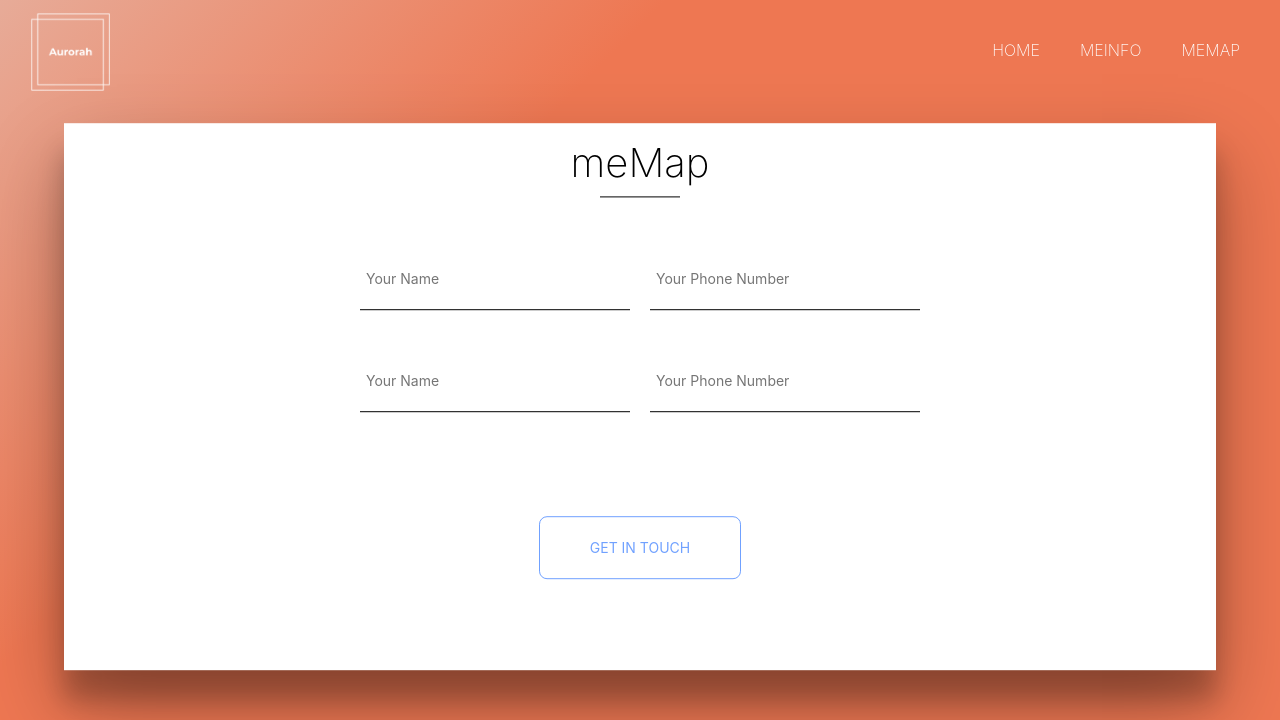
Repository: aasirvalji/saferMe
Page: /alt
The author's editor kept a copy of each file at every save. The page is drawn from the files as they stood at one save, then again after the next save.
The browser window is 1280 px wide. The pictures show the whole page.
The project was rebuilt for these pictures with package versions that can differ from the ones it lists, and the page was loaded fresh each time. Also part of the build but not shown: src/components/Landing.js, src/styles/Services.css, src/components/Services.js, src/styles/MapDisplay.css, src/mapStyles.js, src/components/MapDisplay.js, src/styles/AboutDisplay.css, src/components/AboutDisplay.js and 1 more.

Above is the page before, as saved 2020-02-15 12:55:42.

### public/index.html
<!DOCTYPE html>
<html lang="en">
  <head>
    <meta charset="utf-8" />
    <link rel="icon" href="%PUBLIC_URL%/favicon.ico" />
    <meta name="viewport" content="width=device-width, initial-scale=1" />
    <meta name="theme-color" content="#000000" />
    <meta
      name="description"
      content="Web site created using create-react-app"
    />
    <link rel="apple-touch-icon" href="%PUBLIC_URL%/logo192.png" />
    <!--
      manifest.json provides metadata used when your web app is installed on a
      user's mobile device or desktop. See https://developers.google.com/web/fundamentals/web-app-manifest/
    -->
    <link rel="manifest" href="%PUBLIC_URL%/manifest.json" />
    <!--
      Notice the use of %PUBLIC_URL% in the tags above.
      It will be replaced with the URL of the `public` folder during the build.
      Only files inside the `public` folder can be referenced from the HTML.

      Unlike "/favicon.ico" or "favicon.ico", "%PUBLIC_URL%/favicon.ico" will
      work correctly both with client-side routing and a non-root public URL.
      Learn how to configure a non-root public URL by running `npm run build`.
    -->

    <link
    rel="stylesheet"
    href="https://maxcdn.bootstrapcdn.com/bootstrap/4.3.1/css/bootstrap.min.css"
    integrity="sha384-ggOyR0iXCbMQv3Xipma34MD+dH/1fQ784/j6cY/iJTQUOhcWr7x9JvoRxT2MZw1T"
    crossorigin="anonymous"
  />

  <link rel="stylesheet" href="https://use.fontawesome.com/releases/v5.7.2/css/all.css" integrity="sha384-fnmOCqbTlWIlj8LyTjo7mOUStjsKC4pOpQbqyi7RrhN7udi9RwhKkMHpvLbHG9Sr" crossorigin="anonymous">

    <title>Aurorah</title>
  </head>
  <body>
    <noscript>You need to enable JavaScript to run this app.</noscript>
    <div id="root"></div>
    <!--
      This HTML file is a template.
      If you open it directly in the browser, you will see an empty page.

      You can add webfonts, meta tags, or analytics to this file.
      The build step will place the bundled scripts into the <body> tag.

      To begin the development, run `npm start` or `yarn start`.
      To create a production bundle, use `npm run build` or `yarn build`.
    -->
  </body>
</html>

### src/App.js
import React from 'react';
import './App.css';
import Navigate from './components/Navigate'
import Landing from './components/Landing'
import Services from './components/Services'
import MapDisplay from './components/MapDisplay'
import AltDisplay from './components/AltDisplay'
import AboutDisplay from './components/AboutDisplay'

import SampleDisplay from './components/SampleDisplay';


import {
  BrowserRouter as Router,
  Switch,
  Route,
} from "react-router-dom";

class App extends React.Component { //when working with any type of data, call it in App then pass to comp on interest

  constructor(props) {
    super(props);

  }

/* start api sample */
/*
  componentDidMount() {
    fetch("https://api.example.com/items")
      .then(res => res.json())
      .then(
        (result) => {
          this.setState({
            isLoaded: true,
            items: result.items
          });
        },
        // Note: it's important to handle errors here
        // instead of a catch() block so that we don't swallow
        // exceptions from actual bugs in components.
        (error) => {
          this.setState({
            isLoaded: true,
            error
          });
        }
      )
  }
  */
/* end api sample */
  render(){


  return (
    <Router>
    <div className="App">

    <Switch>

    <Route exact path="/">
    <div className='landing-div'>
    <Navigate></Navigate>
    <Landing></Landing>
    <img className='wave' src='https://www.ochrehealth.com.au/wp-content/uploads/2018/10/slider-wave.png' alt=''></img>  {/* wave pattern*/}
    </div>
    {/* services placement*/}
    {/* maps placement*/}
    </Route>

    <Route path="/about">
    <div className='about-background'>
    <Navigate></Navigate>

    <AboutDisplay></AboutDisplay>
    </div>
    </Route>

    <Route path="/map">
    <div className='map-background'>
    <Navigate></Navigate>

  <MapDisplay></MapDisplay>
    </div>
    </Route>

    <Route path="/graph">
    <div className='graph-background'>
    <Navigate></Navigate>


    </div>
    </Route>

    <Route path="/alt">
    <div className='alt-background'>
    <Navigate></Navigate>

    <AltDisplay></AltDisplay>
    </div>
    </Route>

    </Switch>

    </div>
    </Router>

  );
  }
}

export default App;

### src/App.css
.landing-div {
    height: 100vh;
	background: linear-gradient(-45deg, #ee7752, #e73c7e,#FF4136, #85144b);
	background-size: 400% 400%;
    animation: gradient 10s ease infinite;

}


@keyframes gradient {
	0% {
		background-position: 0% 50%;
	}
	50% {
		background-position: 100% 50%;
	}
	100% {
		background-position: 0% 50%;
	}
}

.landing-div .wave{
    margin-right: 20vh;
    height: 15vh;
    width: 100%;
    position: absolute;
    bottom: 0;
}

@media screen and (max-width:700px) {

    .landing-div {
        height: 110vh;
    }

    .landing-div .wave{
    display: none;
    }

}

.about-background{
    background: linear-gradient(-45deg, #23a6d5, #23a6d5,#23a6d5, #acceda);
    height: 100vh;
}

.map-background{
    background: linear-gradient(-45deg, #5444c4, #5444c4,#5444c4, #908ab9);
    height: 100vh;
}

.graph-background{
    background: linear-gradient(-45deg, #e73c7e, #e73c7e,#e73c7e, #e0a0b9);
    height: 100vh;
}

.alt-background{
    background: linear-gradient(-45deg, #ee7752, #ee7752,#ee7752, #e7ab98);
    height: 100vh;
}

### src/components/Navigate.js
import React from 'react';
import '../styles/Navigate.css';
import {}
from 'react-bootstrap';
import img from '../assets/Au.png'

import { Link } from "react-router-dom";


function Navigate() {
    return (
    <>
  <div class="header">
    <h2 class="logo"><img src={img}></img></h2>
    <input type="checkbox" id="chk"></input>
    <label for="chk" class="show-menu-btn">
      <i class="fas fa-ellipsis-h"></i>
    </label>

    <ul class="menu">
      <Link to="/"><a>Home</a></Link>
      {/*<Link to="/about"><a>About</a></Link>*/}
      <Link to="/alt"><a>meInfo</a></Link>
      <Link to="/map"><a>meMap</a></Link>
      {/*<Link to="/graph"><a>eGraph</a></Link>*/}

      <label for="chk" class="hide-menu-btn">
        <i class="fas fa-times"></i>
      </label>
    </ul>
  </div>
</>
);
}


export default Navigate;

### src/components/AltDisplay.js
import React from 'react';
import '../styles/AltDisplay.css'




class AltDisplay extends React.Component{

  constructor(props){
    super(props);

    this.state = {username: '',
    userNumber: '',
    emergencyName: '',
    emergencyNumber: '',
  };

    this.handleChange = this.handleChange.bind(this);
    this.handleSubmit = this.handleSubmit.bind(this);
}

handleChange = (event) => {
  this.setState({
  [event.target.name] : event.target.value
})
}

handleSubmit(event) {

  alert('A name was submitted: ' + this.state.username);
  console.log(this.state.userNumber)
  console.log(this.state.emergencyName)
  console.log(this.state.emergencyNumber)
  event.preventDefault();
}

render(){
    return(
        <>

<div className='alt-con'>

<div className='alt-header'>
<h1>meMap</h1>
</div>

<form class="contact-section" onSubmit={this.handleSubmit}>
      <div class="inner-width">

        <input type="text" class="name" placeholder="Your Name" name = 'username'
        value={this.state.value} onChange={this.handleChange} ></input>

       <input type="number" class="email" placeholder="Your Phone Number" name ="userNumber"
       username={this.state.username} onChange={this.handleChange} ></input>

      <input type="text" class="name" placeholder="Your Name" name = 'emergencyName'
        value={this.state.value} onChange={this.handleChange} ></input>

       <input type="number" class="email" placeholder="Your Phone Number" name ="emergencyNumber"
       username={this.state.username} onChange={this.handleChange} ></input>

        <button type='submit' value="Submit">Get in touch</button>
      </div>
    </form>

</div>

        </>
    )
}
}


export default AltDisplay;

### src/styles/Navigate.css
/* Start Navbar */

.header{
    height: 100px;
    background: transparent;
    padding: 0 20px;
    color: white;
    font-weight: 200;
  }
  .logo{
    line-height: 100px;
    float: left;
  }

  .header h2{
    font-weight: 200;
  }

  .header img{
    width: 12vh;
    height: 12vh;
    margin-left: 1vh;
  }

  .menu{
    float: right;
    line-height: 100px;
  }
  .menu a{
    color: white;
    text-transform: uppercase;
    text-decoration: none;
    padding: 0 10px;
    transition: 0.4s;
  }
  .show-menu-btn,.hide-menu-btn{
    transition: 0.4s;
    font-size: 30px;
    cursor: pointer;
    display: none;
  }
  .show-menu-btn{
    float: right;
  }
  .show-menu-btn i{
    line-height: 100px;
  }
  .menu a:hover,
  .show-menu-btn:hover,
  .hide-menu-btn:hover{
    transition: .5s;
    color: black;
  }

  #chk{
    position: absolute;
    visibility: hidden;
    z-index: -1111;
  }

  .content{
    padding: 0 20px;
  }
  .content img{
    width: 100%;
    max-width: 700px;
    margin: 20px 0;
  }
  .content p{
    text-align: justify;
  }

  @media screen and (max-width:800px) {
    .show-menu-btn,.hide-menu-btn{
      display: block;
    }
    .menu{
      position: fixed;
      width: 100%;
      height: 100vh;
      background: linear-gradient(-45deg, #ee7752, #e73c7e,#5444c4, #23a6d5);
      right: -100%;
      top: 0;
      text-align: center;
      padding: 80px 0;
      line-height: normal;
      transition: 0.7s;
      z-index: 1000;
    }
    .menu a{
      display: block;
      padding: 20px;
    }

    .menu a:hover{
      cursor: pointer;
    }

    .hide-menu-btn{
      position: absolute;
      top: 40px;
      right: 40px;
    }
    #chk:checked ~ .menu{
      right: 0;
    }
  }

  /* End Navbar */

### src/styles/Landing.css


  * {
    box-sizing: border-box;
    margin: 0;
    padding: 0;
  }


  h1 {
    line-height: 1.3;

  }

  img {
    width: 90%;
  }

  .container {
    max-width: 1200px;
    margin: auto;
    padding: 0 2rem;
    margin-top: 13vh;
  }

  .container h1, p{
    margin-top: 10vh;
    color: white;
  }

  .main-header{
    -webkit-animation: fadein 4s; /* Safari, Chrome and Opera > 12.1 */
    -moz-animation: fadein 4s; /* Firefox < 16 */
     -ms-animation: fadein 4s; /* Internet Explorer */
      -o-animation: fadein 4s; /* Opera < 12.1 */
         animation: fadein 4s;
  }

  .main-subheader{
    -webkit-animation: fadein 4s; /* Safari, Chrome and Opera > 12.1 */
    -moz-animation: fadein 4s; /* Firefox < 16 */
     -ms-animation: fadein 4s; /* Internet Explorer */
      -o-animation: fadein 4s; /* Opera < 12.1 */
         animation: fadein 4s;
  }

  .section-a {
    margin: 2rem 0;
  }

  .section-a .container {
    display: grid;
    grid-template-columns: 1fr 1fr;
    grid-gap: 3rem;
    align-items: center;
    justify-content: center;
  }

  .section-a h1 {
    font-size: 4rem;
    font-weight: 200;
  }

  .section-a p {
    font-size: 1.1rem;
    margin: 1rem 0 0 .775vh;
    font-weight: 200;
  }

  .floating{
    animation-name: floating;
    animation-duration: 3s;
    animation-iteration-count: infinite;
    animation-timing-function: ease-in-out;
    z-index: 100;
  }


  @keyframes floating {
    from { transform: translate(0,  0px); }
    50%  { transform: translate(0, 20px); }
    to   { transform: translate(0, -0px); }
}

  @media (max-width: 700px) {
    .section-a .container {
      grid-template-columns: 1fr;
      text-align: center;
    }

    .section-a .container div:first-child {
      order: 2;
    }

    .section-a .container div:nth-child(2) {
      order: -1;
    }

    .section-a img {
      width: 80%;
      margin: auto;
    }
  }

/* fade in animation*/

@keyframes fadein {
  from { opacity: 0; }
  to   { opacity: 1; }
}

/* Firefox < 16 */
@-moz-keyframes fadein {
  from { opacity: 0; }
  to   { opacity: 1; }
}

/* Safari, Chrome and Opera > 12.1 */
@-webkit-keyframes fadein {
  from { opacity: 0; }
  to   { opacity: 1; }
}

/* Internet Explorer */
@-ms-keyframes fadein {
  from { opacity: 0; }
  to   { opacity: 1; }
}

/* Opera < 12.1 */
@-o-keyframes fadein {
  from { opacity: 0; }
  to   { opacity: 1; }
}

### src/styles/AltDisplay.css
/* Try adding wave to Navbar */

.alt-con{
    transform: translateY(1vh);
    color: black;
    width: 90%;
    height: 76vh;
    margin: 15px auto;
    background: white;
    overflow: hidden;
    position: relative;
    top: 0;
    -webkit-box-shadow: 0 38px 76px rgba(0, 0, 0, 0.3), 0 30px 24px rgba(0, 0, 0, 0.22);
            box-shadow: 0 38px 76px rgba(0, 0, 0, 0.3), 0 30px 24px rgba(0, 0, 0, 0.22);
            overflow-y: auto;
}

.alt-con p{
    color: white;
}

.alt-header h1{
    color: black;
    text-align: center;
    font-weight: 200;
    margin-top: 2vh;
    margin-bottom: 8vh;
}

.alt-header h1:after {

    content: '';
    transform: translateY(1vh);
    margin: auto;
    border-bottom: .1vh solid black;
    width: 11vh;
    display: block;

}

.alt-details p{
    font-weight: 300;
    margin: auto;
    color: black;
    text-align: center;
    width: 50%;
    margin-bottom: 3vh;
}

.alt-details img{
    display: block;
    margin: 0 auto;
    height: 40vh;
    width: 50vh;
}

/* sample */

.middle{
    position: relative;
    margin: auto;
  }

  .task-list{
    width: 400px;
    padding: 40px;
    background: linear-gradient(-45deg, #ee7752, #ee7752,#ee7752, #e7ab98);
    background-size: cover;
  }
  .task-list h2{
    color: #fff;
    font-weight: 220;
  }
  .task{
    display: flex;
    padding: 10px 0;
    align-items: center;
    cursor: pointer;
    font-weight: 220;
  }

  .task input{
    position: absolute;
    visibility: hidden;
  }

  .task i{
    display: inline-block;
    width: 48px;
    height: 48px;
    border-radius: 50%;
    border: 1px solid white;
    text-align: center;
    line-height: 48px;
    font-size: 20px;
    margin-right: 14px;
    color: transparent;
  }

  .text{
    font-size: 18px;
    color: #fff;
  }

  .task input:checked ~ i{
    color: white;
  }

  .task input:checked ~ .text{
    text-decoration: line-through;
    color: white;
  }












  .contact-section{
    background: transparent;

    text-align: center;
  }

  .inner-width{
    max-width: 600px;
    margin: auto;
    padding: 0 20px;
  }

  .contact-section h1{
    font-size: 20px;
    color: #000000;
    text-transform: uppercase;
    letter-spacing: 4px;
    font-weight: 400;
  }

  .name,.email{
    background: none;
    border:none;
    outline: none;
    border-bottom: 1px solid;
    color: #000000;
    padding: 20px 6px;
    font-size: 14px;
    margin-bottom: 40px;
  }

  .name{
    float: left;
    width: 270px;
  }

  .email{
    float: right;
    width: 270px;
  }

  .message{
    min-width: 100%;
    max-width: 100%;
  }


  .contact-section button{
    margin-top: 4rem;
    background: none;
    color: #70a1ff;
    border: 1px solid #70a1ff;
    padding: 20px 50px;
    border-radius: 8px;
    text-transform: uppercase;
    font-size: 14px;
    transition: 0.4s linear;
    cursor: pointer;
  }

  .contact-section button:hover{
    background: #70a1ff;
    color: #fff;
  }


  @media screen and (max-width:600px){
    .name,.email{
      width: 100%;
    }
  }

Loaded but not shown: src/index.js (common file); src/index.css (common file); src/serviceWorker.js (common file)

After the next save:
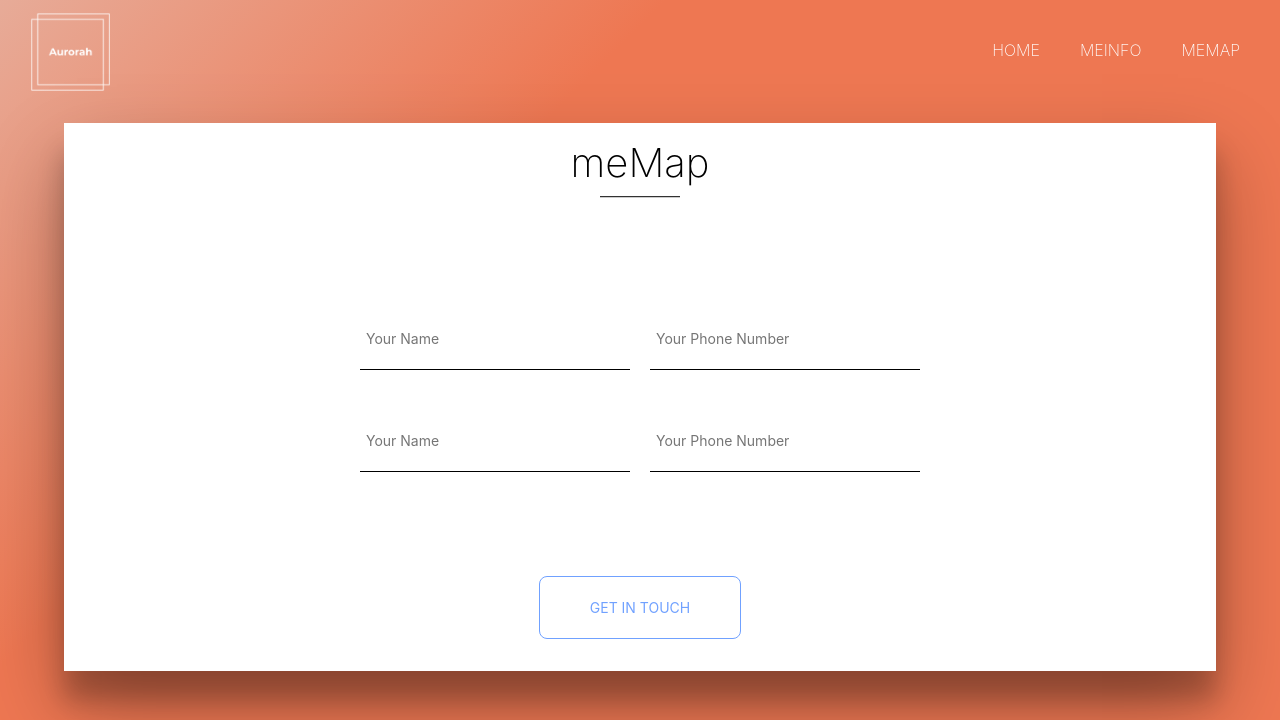
Saved 5 s later.
--- a/src/styles/AltDisplay.css
+++ b/src/styles/AltDisplay.css
@@ -124,7 +124,7 @@
 
   .contact-section{
     background: transparent;
-
+    padding: 60px 0;
     text-align: center;
   }
 
